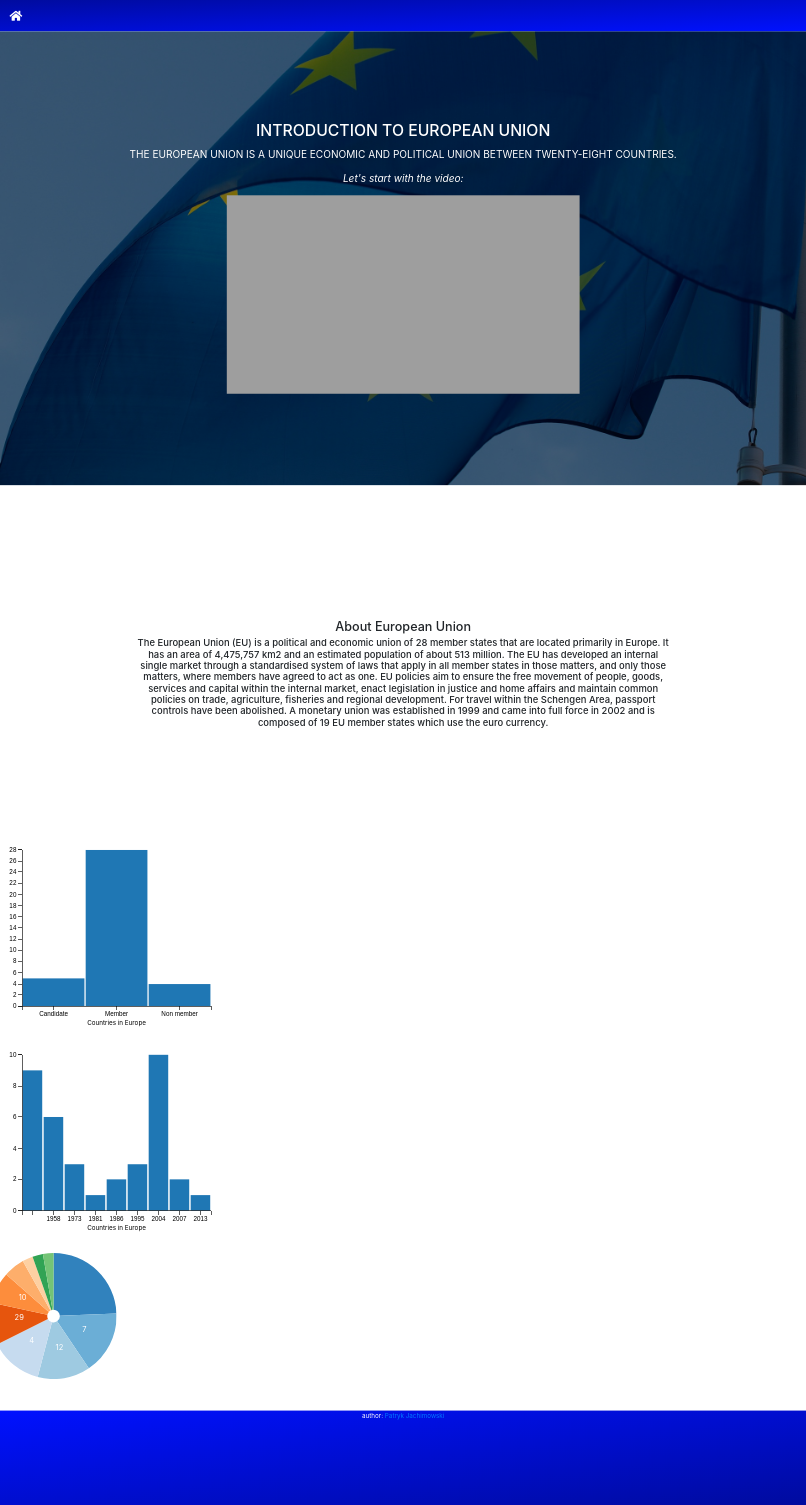
Repository: pjachimowski/renewable
Page: index.html
The author's editor kept a record of every edit. The page is drawn from the files as they stood at one moment, then again after the next edit.
The browser window is 1280 px wide. The pictures show the whole page, at 63% of full size.
Pictures or frames that could not be fetched are drawn as grey boxes. Backgrounds fixed to the window are drawn as part of the page. Some web fonts or font styles are not loaded; a fallback is used. Some web libraries are served in a nearby version.

Above is the page before.

After the next edit:
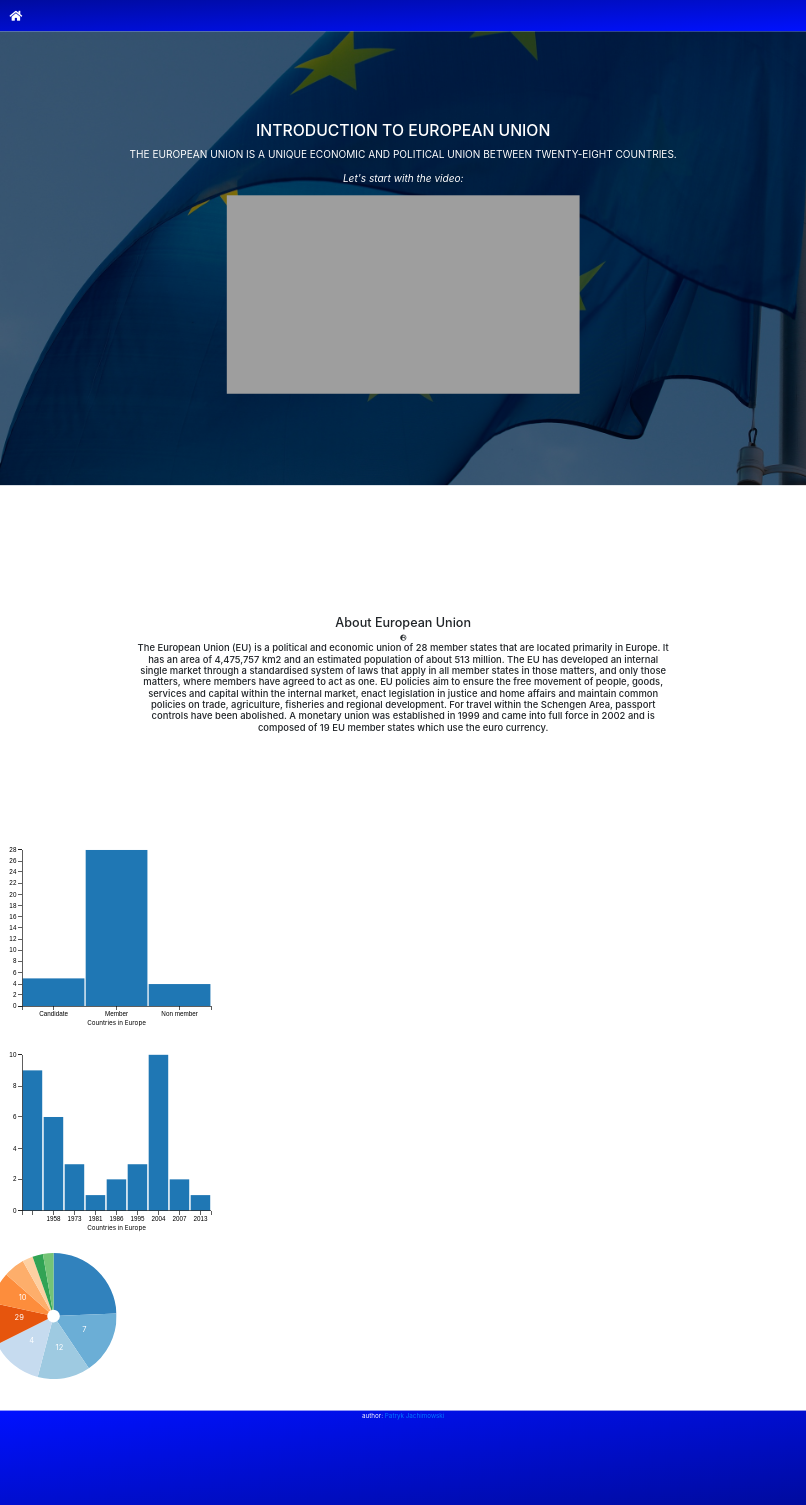
The edit:
--- a/index.html
+++ b/index.html
@@ -63,6 +63,7 @@
                 <div>
                     <h2>About European Union</h2>
                 </div>
+                <i class="fas fa-globe-europe devider"></i>
                 <div>
                     <h4>
                         The European Union (EU) is a political and economic union of 28 member states that are located primarily in Europe. It has an area of 4,475,757 km2 and an estimated population of about 513 million. The EU has developed an internal single market through a standardised system of laws that apply in all member states in those matters, and only those matters, where members have agreed to act as one. EU policies aim to ensure the free movement of people, goods, services and capital within the internal market, enact legislation in justice and home affairs and maintain common policies on trade, agriculture, fisheries and regional development. For travel within the Schengen Area, passport controls have been abolished. A monetary union was established in 1999 and came into full force in 2002 and is composed of 19 EU member states which use the euro currency.
